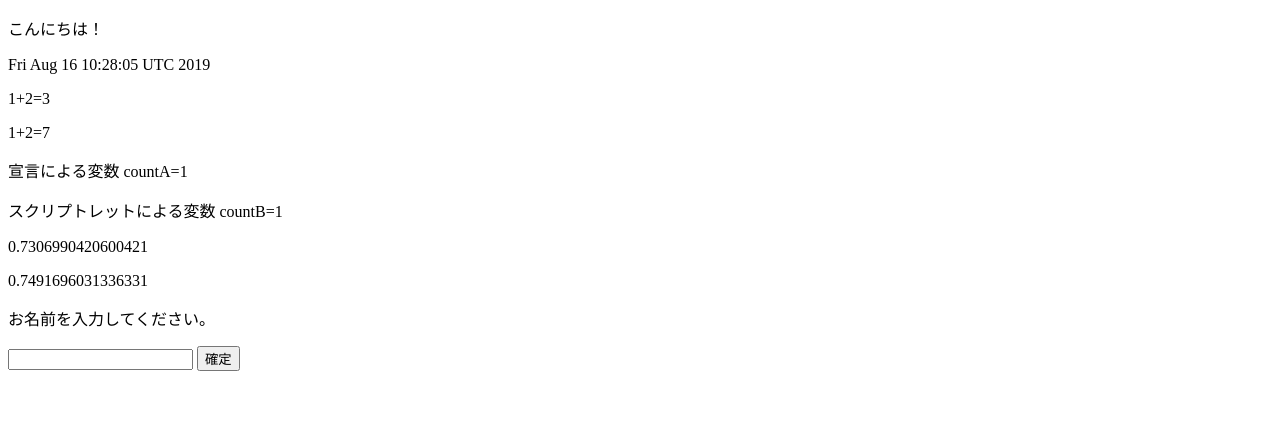
Repository: sh-sh-1110/test
Page: http://localhost/HelloJSP/
The author's editor kept a copy of each file at every save. The page is drawn from the files as they stood at one save, then again after the next save.
The browser window is 1280 px wide. The pictures show the whole page.
The page is served by Tomcat 9.

Above is the page before, as saved 2019-08-16 11:12:52.

After the next save:
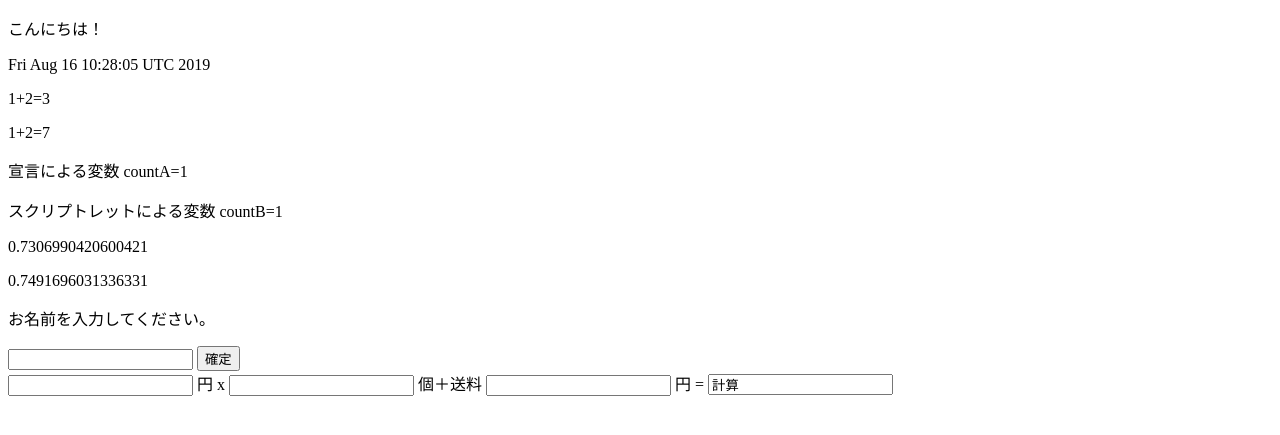
Saved 70 s later.
--- a/HelloJSP/WebContent/index.jsp
+++ b/HelloJSP/WebContent/index.jsp
@@ -39,5 +39,15 @@
 <input type="submit" value="確定">
 </form>
 
+<form method="post" action="total-out.jsp">
+<input type="text" name="price">
+円 x
+<input type="text" name="count">
+個＋送料
+<input type="text" name="delivery">
+円 =
+<input type="text" value="計算">
+</form>
+
 </body>
 </html>
